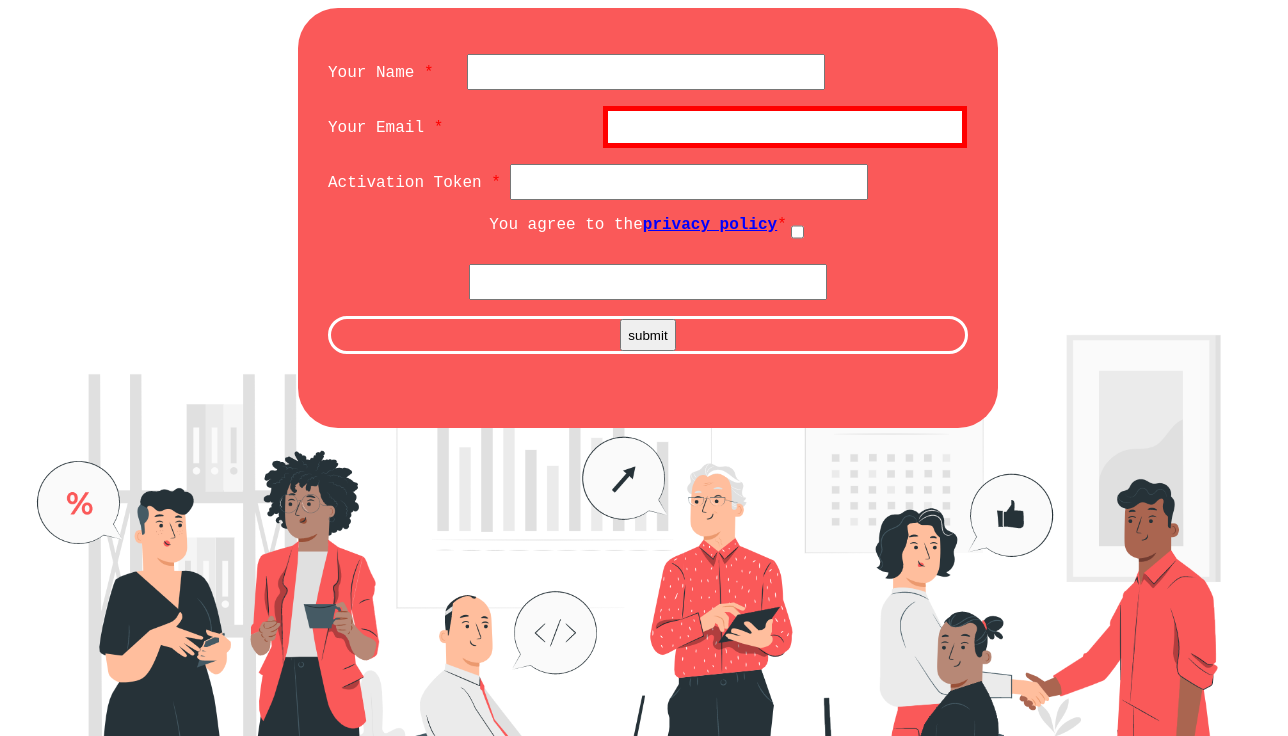
Repository: Rachael4life/Assignment-1
Page: starter-code/src/index.html
The author's editor kept a copy of each file at every save. The page is drawn from the files as they stood at one save, then again after a run of saves.
The browser window is 1280 px wide. The page is 1288 px wide, so the pictures cover 1288 px, including what lies to the right of the window. The pictures show the whole page.

Above is the page before, as saved 2022-02-28 06:17:23.

### starter-code/src/index.html
<!DOCTYPE html>
<html lang="en">
<head>
    <meta charset="UTF-8">
    <meta http-equiv="X-UA-Compatible" content="IE=edge">
    <meta name="viewport" content="width=device-width, initial-scale=1.0">
    <link rel="stylesheet" href="style.css">
    <link rel="preconnect" href="https://fonts.googleapis.com">
<link rel="preconnect" href="https://fonts.gstatic.com" crossorigin>
    <link href="https://fonts.googleapis.com/css2?family=Courier+Prime&display=swap" rel="stylesheet">
    <title>Assignment 1</title>
</head>
<body>
    <div id="ramyeon">
        <form class="kimchi">
            <div> <p></p>
                <label for="name">Your Name <span class="asteric">*</span></label>
                <input class="formgroup" type="text" name="name" id="name" placeholder="">
            </div>
            <div> <p></p>
                <label for="email">Your Email <span class="asteric">*</span> </label>
                <input class="formgroup" type="text" name="email" id="email" placeholder="">
            </div>
            <div> <p></p>
                <label for="password">Activation Token <span class="asteric">*</span> </label>
                <input class="formgroup" type="password" name="activation token" id="password" placeholder="">
            </div>
           <p></p>
            <div class="water"><p></p>
                You agree to the <a href="privacy policy" id="privacy"><b> privacy policy</a></b><span class="asteric">*</span> <input type="checkbox">
            </div>
            <p></p>
            <div id="validation"><p></p>
                <label for="validation"></label>
                <input type="text" class="formgroup">
            </div>
            <p></p>
            <div class="gogi"><p></p>
                <button type="button">submit</button>
            </div>
        </form>
    </div>
</body>
</html>

### starter-code/src/style.css
body {
    color: white;
    font-family: 'Courier Prime', monospace;
    width: 100vw;
    height: 100vh;
    background-image: url("img.png");
    background-size: cover;
    background-repeat: no-repeat;
    font-size: 16px;
}
form {
    background-color: #fa5959;
    font-size: 16px;
    width: 50%;
    height: 50%;
    padding: 30px;
    border-radius: 40px;
}
#name {
    margin-left: 24px;
    height: 30px;
    width: 350px;
}
#email {
    margin-left: 150px;
    height: 30px;
    width: 350px;
}
#password {
    mar
}
#ramyeon {
    display: flex;
    justify-content: center;
    align-content: space-between;
    width: 100%;
    height: 100%;
    font-family: 'Courier New', Courier, monospace;
}
#validation {
    align-content: center;
    justify-content: center;
    display: flex;
}
.gogi {
    display: flex;
    justify-content: center;
    align-content:center;
    border-style: solid;
    border-radius: 30px;
    border-color: white;
    background: #fa5959;
    margin: auto;
    font-size: 16px;
    font-family: 'Courier Prime', Courier, monospace;
    font-weight: 500, 700;
    font: bolder;


}
.water {
    align-content: center;
    justify-content: center;
    display:flex;
}
.formgroup {
    width: 350px;
    height: 30px;
}
#email {
    border: 5px solid red;
}
.asteric {
    color: red;
}
#privacy {
    color: blue;
}

After the next 7 saves:
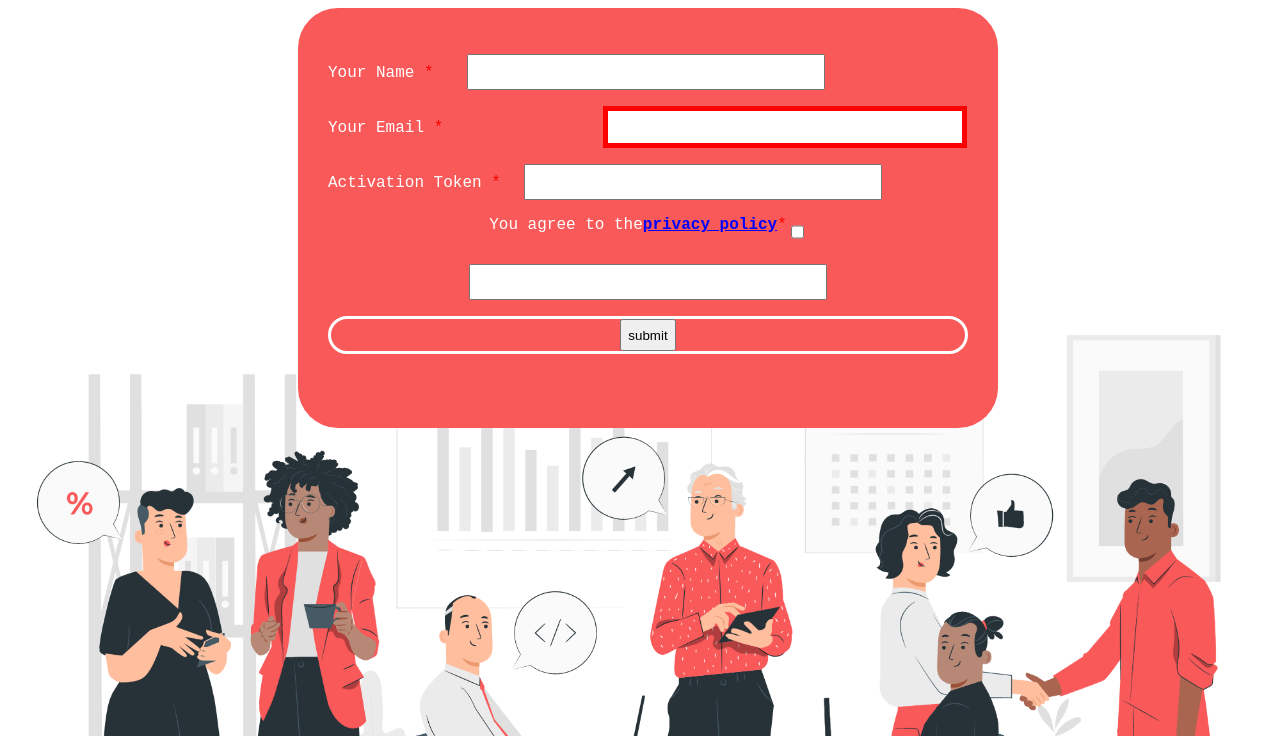
The 7 saves are shown as one change because they came seconds apart.
The last was saved 17 s later.
--- a/starter-code/src/style.css
+++ b/starter-code/src/style.css
@@ -27,7 +27,9 @@ form {
     width: 350px;
 }
 #password {
-    mar
+    margin-left: 14px;
+    height: 30px;
+
 }
 #ramyeon {
     display: flex;
